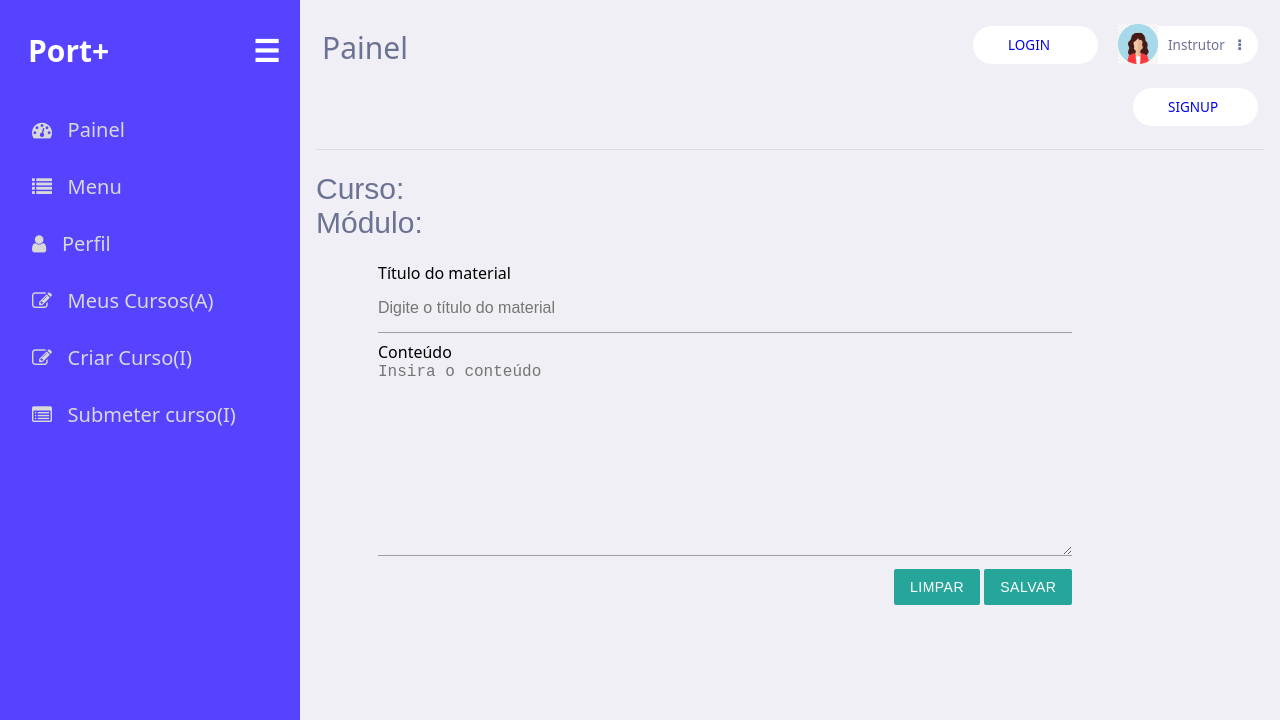
Repository: LauraMViana/Port-plus
Page: http://localhost/portPlus/criarCurso/addConteudo
An editor plug-in stored every save of this project. The page is shown before and after the next save, followed by the edit.
The browser window is 1280 px wide. The pictures show the whole page.
The page is this project's Thymeleaf template; nobody is signed in. The template is opened directly, without the code that normally fills it, so the values that code supplies are empty.

Above is the page before, as saved 2021-12-30 01:45:11.

### port/src/main/resources/templates/portPlus/criarCurso/addConteudo.html
<!DOCTYPE html >
<html xmlns:th="http://www.thymeleaf.org">
<head>
<meta charset="UTF-8">
<!-- Compiled and minified CSS -->
<!--
<link rel="stylesheet"
	href="https://cdnjs.cloudflare.com/ajax/libs/materialize/1.0.0/css/materialize.min.css"> -->
<link href="https://fonts.googleapis.com/icon?family=Material+Icons"
	rel="stylesheet">
<link rel="stylesheet" href="/Style.css">
<link rel="stylesheet"
	href="https://cdnjs.cloudflare.com/ajax/libs/font-awesome/4.7.0/css/font-awesome.min.css">
<title>PortPlus</title>
</head>
<body>
	<div th:insert="~{menu :: navside}"></div>
	<div id="main">
		<div th:insert="~{menu :: navbar}"></div>
		<h6>
			Curso: <span th:text="${curso.titulo}"></span> <br>Módulo: <span
				th:text="${modulo.tituloMod}"></span>
		</h6>
		<br>
		<form
			th:action="@{/portPlus/criarCurso/{idC}/{idMod} (idC=${curso.id},idMod=${modulo.id})}"
			method="post">
			<div class="input-field col s10">
				<label for="tituloM">Título do material</label><input
					placeholder="Digite o título do material" id="tituloM" type="text"
					pattern="[a-zA-Z0-9_?!&%$()- ]+" class="validate"
					th:field="${material.tituloMat}">
				<div>
					<label for="mc">Conteúdo</label>
					<textarea placeholder="Insira o conteúdo" id="mc"
						class="materialize-textarea texto" th:field="${material.conteudo}"></textarea>
				</div>

			</div>
			<div class="col s10" id="btn">
				<button class="btn waves-effect waves-light align-center"
					type="reset" name="action">Limpar</button>
				<button class="btn waves-effect waves-light align-center"
					type="submit" name="action">Salvar</button>
			</div>
		</form>
	</div>
	<script
		src="https://ajax.googleapis.com/ajax/libs/jquery/3.5.1/jquery.min.js"></script>
	<script>
		$(".menu").click(function() {
			$("#mySidenav").css('width', '70px');
			$("#main").css('margin-left', '70px');
			$(".logo").css('display', 'none');
			$(".logo1").css('display', 'block');
			$(".logo span").css('visibility', 'visible');
			$(".logo span").css('margin-left', '-10px');
			$(".icon-a").css('visibility', 'hidden');
			$(".icon-a").css('height', '25px');
			$(".icons").css('visibility', 'visible');
			$(".icons").css('margin-left', '-8px');
			$(".menu1").css('display', 'block');
			$(".menu").css('display', 'none');
		});

		$(".menu1").click(function() {
			$("#mySidenav").css('width', '300px');
			$("#main").css('margin-left', '300px');
			$(".logo").css('visibility', 'visible');
			$(".logo").css('display', 'block');
			$(".icon-a").css('visibility', 'visible');
			$(".icons").css('visibility', 'visible');
			$(".menu").css('display', 'block');
			$(".menu1").css('display', 'none');
		});
	</script>
	<script>
		$(document).ready(function() {
			$(".profile p").click(function() {
				$(".profile-div").toggle();
			});
		});
	</script>
</body>
</body>
</html>

### port/src/main/resources/templates/menu.html
<!DOCTYPE html >
<html xmlns:th="http://www.thymeleaf.org">
<head>
<meta charset="UTF-8">
<link rel="stylesheet" href="/Style.css" type="text/css" />
<link rel="stylesheet"
	href="https://cdnjs.cloudflare.com/ajax/libs/font-awesome/4.7.0/css/font-awesome.min.css">
<title>Port+</title>
</head>
<body>

	<!-- sec:authorize="hasRole('VENDAS')"
	sec:authorize="!isAuthenticated()" -->
	<div th:fragment="navside">
		<!-- <div sec:authorize="isAuthenticated()">
			Authenticated as <span sec:authentication="email"></span>
		</div> -->

		<div id="mySidenav" class="sidenav">
			<p class="logo">
				Port+ <span class="menu">&#9776;</span>
			</p>
			<p class="logo1">
				<span class="menu1">&#9776;</span>
			</p>
			<a href="/" class="icon-a"> <i class="fa fa-dashboard icons"></i>
				&nbsp;&nbsp;Painel
			</a> <a href="/" class="icon-a"><i class="fa fa-list icons"></i>
				&nbsp;&nbsp;Menu</a> <a href="#" class="icon-a"><i
				class="fa fa-user icons"></i> &nbsp;&nbsp;Perfil</a> <a
				href="/portPlus/criarCurso" class="icon-a"><i
				class="fa fa-edit icons"></i> &nbsp;&nbsp;Meus Cursos(A)</a> <a
				href="/portPlus/criarCurso" class="icon-a"><i
				class="fa fa-edit icons"></i> &nbsp;&nbsp;Criar Curso(I)</a><a
				href="/portPlus/meusCursos" class="icon-a"><i
				class="fa fa-list-alt icons"></i> &nbsp;&nbsp;Submeter curso(I)</a>
		</div>
	</div>

	<div id="main">
		<div th:fragment="navbar">
			<div class="head">
				<div class="col-div-6">
					<p class="nav">Painel</p>
				</div>
				<div class="col-div-6">
					<div class="profile">
						<img src="/Imagens/usuario.png" class="pro-img circle" />
						<p>
							Instrutor <i class="fa fa-ellipsis-v dots" aria-hidden="true"></i>
						</p>

						<div class="profile-div">
							<p>
								<a href="#" class="icon-a"><i class="fa fa-user"></i>
									&nbsp;&nbsp;Perfil
							</p><!--  -->
							<p th:if="${param.logout}">
								<i class="fa fa-power-off"></i> &nbsp;&nbsp;Sair
							</p>
						</div>
					</div>
					<div class="login">
						<p sec:authorize="!isAuthenticated()">
							<a href="/portPlus/login">LOGIN</a>
						</p>
						<p sec:authorize="!isAuthenticated()">
							<a href="/portPlus/signup">SIGNUP</a>
						</p>
					</div>
				</div>
				<div class="clearfix"></div>
			</div>
			<div class="clearfix"></div>
			<br />
		</div>
	</div>
	<script
		src="https://ajax.googleapis.com/ajax/libs/jquery/3.5.1/jquery.min.js"></script>
	<script>
		$(".menu").click(function() {
			$("#mySidenav").css('width', '70px');
			$("#main").css('margin-left', '70px');
			$(".logo").css('display', 'none');
			$(".logo1").css('display', 'block');
			$(".logo span").css('visibility', 'visible');
			$(".logo span").css('margin-left', '-10px');
			$(".icon-a").css('visibility', 'hidden');
			$(".icon-a").css('height', '25px');
			$(".icons").css('visibility', 'visible');
			$(".icons").css('margin-left', '-8px');
			$(".menu1").css('display', 'block');
			$(".menu").css('display', 'none');
		});

		$(".menu1").click(function() {
			$("#mySidenav").css('width', '300px');
			$("#main").css('margin-left', '300px');
			$(".logo").css('visibility', 'visible');
			$(".logo").css('display', 'block');
			$(".icon-a").css('visibility', 'visible');
			$(".icons").css('visibility', 'visible');
			$(".menu").css('display', 'block');
			$(".menu1").css('display', 'none');
		});
	</script>
	<script>
		$(document).ready(function() {
			$(".profile p").click(function() {
				$(".profile-div").toggle();

			});

			/* $(".noti-icon").click(function() {
					$(".notification-div").toggle();
				}); */

		});
	</script>
</body>
</html>

### port/src/main/resources/static/Style.css
/* Laura */
body {
	margin: 0px;
	padding: 0px;
	background-color: #efeff5;
	font-family: system-ui;
}

.clearfix {
	clear: both;
}

.logo {
	margin: 0px;
	margin-left: 28px;
	font-weight: bold;
	color: white;
	margin-bottom: 30px;
}

.sidenav {
	height: 100%;
	width: 300px;
	position: fixed;
	z-index: 1;
	top: 0;
	left: 0;
	background-color: #5643ff;
	overflow: hidden;
	padding-top: 30px;
	transition: ease-in-out 0.3s;
}

.menu {
	float: right;
	margin-right: 20px;
	cursor: pointer;
}

.logo1 {
	margin: 0px;
	margin-left: 20px;
	font-weight: bold;
	color: white;
	margin-bottom: 50px;
	display: none;
	cursor: pointer;
}

.menu1 {
	float: left;
	display: none;
}

.sidenav a {
	padding: 15px 8px 15px 32px;
	text-decoration: none;
	font-size: 20px;
	color: #d8d8d8;
	display: block;
}

.sidenav a:hover {
	color: #f1f1f1;
	background-color: #2c1ed6;
}

.sidenav {
	top: 0;
	right: 25px;
	font-size: 30px;
}

#main {
	padding: 16px;
	margin-left: 300px;
}

.head {
	padding: 0px 6px;
	border-bottom: 1px solid #d6d6d8b8;
	padding-bottom: 10px;
}

.col-div-6 {
	width: 50%;
	float: left;
}

.login p {
	color: #6c7293;
	font-weight: 500;
	margin-left: 35px;
	margin-top: 10px;
	font-size: 13.5px;
	background-color: white;
	padding: 10px;
	border-radius: 25px;
	padding-left: 35px;
	width: 80px;
	float: right;
	cursor: pointer;
}

.profile {
	display: inline-block;
	float: right;
	width: 160px;
}

.pro-img {
	float: left;
	width: 40px;
	margin-top: 8px;
	margin-left: 20px;
}

.profile p {
	color: #6c7293;
	font-weight: 500;
	margin-left: 35px;
	margin-top: 10px;
	font-size: 13.5px;
	background-color: white;
	padding: 10px;
	border-radius: 25px;
	padding-left: 35px;
	cursor: pointer;
}

.dots {
	margin-left: 10px;
}

.profile-div {
	background-color: white;
	width: 160px;
	border: 1px solid #ddd;
	padding: 10px 0px;
	right: 2%;
	border-radius: 5px;
	position: absolute;
	z-index: 9;
	display: none;
}

.profile-div:after {
	content: '';
	position: absolute;
	height: 10px;
	width: 10px;
	background-color: white;
	top: -6px;
	border-left: 1px solid #ddd;
	border-top: 1px solid #ddd;
	transform: rotate(45deg);
	right: 10%;
}

.profile-div p {
	margin: 0px;
	padding: 10px 20px;
}

.profile-div p:hover {
	margin: 0px;
	padding: 10px 20px;
	background-color: #5643ff;
	border-radius: 0px;
	color: white;
}

.notification-div {
	background-color: white;
	width: 240px;
	border: 1px solid #ddd;
	padding: 10px 0px;
	right: 16%;
	border-radius: 5px;
	top: 12%;
	position: absolute;
	z-index: 9;
	display: none;
}

.notification-div:after {
	content: '';
	position: absolute;
	height: 10px;
	width: 10px;
	background-color: white;
	top: -6px;
	border-left: 1px solid #ddd;
	border-top: 1px solid #ddd;
	transform: rotate(45deg);
	right: 10%;
}

.noti-head {
	display: block;
	margin: 0px;
	color: #6c7293;
}

.noti-head:hover {
	background-color: white !important;
	color: #6c7293 !important;
}

.noti-head span {
	position: absolute;
	right: 8%;
	top: 10%;
	background-color: #5643ff;
	padding: 1px 5px;
	color: white;
	border-radius: 20px;
}

.hr {
	margin: 0px;
	border: none;
	background-color: #ddd;
	height: 1px;
}

.notification-div p {
	margin: 0px;
	padding: 10px 20px;
	color: #6c7293;
}

.notification-div p span {
	font-size: 11px;
	display: block;
}

.notification-div p:hover {
	margin: 0px;
	padding: 10px 20px;
	background-color: #5643ff;
	border-radius: 0px;
	color: white;
}

.search-icon {
	position: absolute;
	right: 22%;
	top: 25px;
	background-color: white;
	padding: 13px;
	border-radius: 21px;
	color: #6c7293;
	cursor: pointer;
}

.noti-icon {
	position: absolute;
	right: 17%;
	top: 25px;
	background-color: #5643ff;
	padding: 13px;
	border-radius: 21px;
	color: #fff;
	cursor: pointer;
}

.noti-icon:after {
	content: '';
	height: 5px;
	width: 5px;
	border-radius: 5px;
	top: 5px;
	left: 20px;
	position: absolute;
	background-color: red;
}

.col-div-4-1 {
	width: 33.3%;
	float: left;
}

.box {
	width: 88%;
	height: 480px;
	background-color: #ffffff;
	margin-left: 10px;
	padding: 10px;
	box-shadow: 2px 5px 10px #ddd;
	position: relative;
}

.box p {
	color: #6c7293;
	font-weight: 500;
	padding-left: 10px;
}

.number {
	font-size: 35px;
	margin-bottom: 0px;
	margin-top: 20px;
}

.percent {
	margin: 0px;
	font-size: 14px;
	color: #37bf37 !important;
}

.percent span {
	font-size: 12px;
	color: #9398b1;
	padding-left: 3px;
}

.head-1 {
	font-size: 18px !important;
	margin: 10px 0px;
	color: #6c7293;
}

.head-1 span {
	float: right;
	background-color: #5643ff;
	color: white;
	padding: 3px 10px;
	font-size: 15px;
}

.box-icon {
	font-size: 20px !important;
	margin-top: 35px !important;
	color: #5643ff;
	padding-right: 10px;
	background-color: #efeff5;
	padding: 15px;
	border-radius: 25px;
	position: absolute;
	right: 16px;
	top: -18px;
}

.box-1 {
	width: 88%;
	height: 282px;
	background-color: #ffffff;
	margin-left: 10px;
	padding: 10px;
	box-shadow: 2px 5px 10px #ddd;
	position: relative;
}

.m-box {
	color: #6c7293;
	position: relative;
	padding: 0px 12px;
}

.active {
	background-color: #5646ff;
	color: white;
	box-shadow: 4px 3px 7px 3px #3226ad54;
}

.active .no-1 {
	color: #ddd !important;
}

.m-box p {
	display: inline-block;
	margin: 10px 0px;
}

.no {
	position: absolute !important;
	top: 21px;
	right: 15px;
	font-weight: 500;
}

.no-1 {
	font-size: 12px;
	color: #9398b1;
}

.act-p {
	font-size: 13px;
	color: #6c7293;
}

.act-p .fa {
	color: orange !important;
}

.content-box-1 {
	padding: 0px 10px;
}

.col-div-12 {
	width: 100%;
}

.col-div-4 {
	width: 30%;
	float: left;
}

.content-box {
	padding: 20px;
}

.content-box p {
	margin: 0px;
	font-size: 20px;
	color: #6c7293;
}

.content-box p span {
	float: right;
	background-color: #5643ff;
	color: white;
	padding: 3px 10px;
	font-size: 15px;
}

.box-8 {
	width: 97.8%;
	background-color: #fff;
	height: 330px;
}

.nav {
	font-size: 30px;
	cursor: pointer;
	color: #6c7293;
	margin: 11px 0px;
}

.box-8 {
	margin-left: 10px;
}

td, th {
	border: 1px solid #dddddd;
	text-align: left;
	padding: 10px;
}

tr:nth-child(even) {
	background-color: #5643ff29;
	color: #6c7293 !important;
}

.circle-wrap {
	margin: 50px auto;
	width: 150px;
	height: 150px;
	background: #e6e2e7;
	border-radius: 50%;
}

.circle-wrap .circle .mask, .circle-wrap .circle .fill {
	width: 150px;
	height: 150px;
	position: absolute;
	border-radius: 50%;
}

.circle-wrap .circle .mask {
	clip: rect(0px, 150px, 150px, 75px);
}

.circle-wrap .circle .mask .fill {
	clip: rect(0px, 75px, 150px, 0px);
	background-color: #5646ff;
}

.circle-wrap .circle .mask.full, .circle-wrap .circle .fill {
	animation: fill ease-in-out 3s;
	transform: rotate(126deg);
}

@
keyframes fill { 0% {
	transform: rotate(0deg);
}

100










%
{
transform










:










rotate








(










126deg










)








;
}
}
.circle-wrap .inside-circle {
	width: 130px;
	height: 130px;
	border-radius: 50%;
	background: #fff;
	line-height: 130px;
	text-align: center;
	margin-top: 10px;
	margin-left: 10px;
	position: absolute;
	z-index: 100;
	font-weight: 700;
	font-size: 2em;
	color: #6c7293;
}

/* Thais */
h1 {
	font-weight: 400;
	font-family: Century Gothic, Arial, Helvetica, sans-serif;
	color: #6c7293;
	font-size: calc(1.044375rem + 1.7325vw);
}

h4, h6 {
	font-weight: 100;
	font-family: Century Gothic, Arial, Helvetica, sans-serif;
	color: #6c7293;
	font-size: 30px;
	margin: 0px;
}

a {
	text-decoration: none;
}

#btn {
	text-align: right;
}

/*Apresente material  */
.mod-title {
	font-size: 30px;
	color: #d8d8d8;
}

/* Index  */
.box-mod {
	width: 88%;
	height: 30px;
	background-color: #dfdfdf;
	margin-left: 10px;
	padding: 10px;
	position: relative;
	margin-left: 10px;
	padding: 10px;
	border-top: 1px solid #d7dfe3;
	margin-left: 10px;
	margin-bottom: 15px;
}

.box-mod p {
	color: #6c7293;
	font-weight: 500;
	margin: 0px;
	padding: 10px;
	width: 105px;
	margin-left: 90px;
}
/* blocos de curso ou modulos  */
.col-div-4-2 {
	width: 25%;
	float: left;
}

.card.small .card-image+.card-content, .card.medium .card-image+.card-content,
	.card.large .card-image+.card-content {
	max-height: 40%;
}

.card.small .card-content, .card.medium .card-content, .card.large .card-content
	{
	max-height: 100%;
	overflow: hidden;
}

.card .card-content {
	padding: 24px;
	border-radius: 0 0 2px 2px;
}

.card .card-image img {
	display: block;
	border-radius: 2px 2px 0 0;
	position: relative;
	left: 0;
	right: 0;
	top: 0;
	bottom: 0;
	width: 100%;
}

img {
	border-style: none;
}

.card.small .card-image, .card.medium .card-image, .card.large .card-image
	{
	max-height: 60%;
	overflow: hidden;
}

.card .card-image {
	position: relative;
}

.card.small {
	height: 300px;
}

.card.small, .card.medium, .card.large {
	position: relative;
}

.card {
	margin-left: 10px;
	box-shadow: 2px 5px 10px #ddd;
	position: relative;
	height: 250px;
	background-color: #fff;
	-webkit-transition: -webkit-box-shadow .25s;
	transition: -webkit-box-shadow .25s;
	transition: box-shadow .25s;
	transition: box-shadow .25s, -webkit-box-shadow .25s;
	border-radius: 2px;
}

.card {
	position: relative;
	margin: 0.5rem 0 1rem 0;
	background-color: #fff;
	-webkit-transition: -webkit-box-shadow .25s;
	transition: -webkit-box-shadow .25s;
	transition: box-shadow .25s;
	transition: box-shadow .25s, -webkit-box-shadow .25s;
	border-radius: 2px;
}

.image {
	display: block;
	position: relative;
	left: 0;
	right: 0;
	top: 0;
	bottom: 0;
	width: 100%;
	max-height: 70%;
	overflow: hidden;
	max-height: 70%;
	right: 0;
	top: 0;
	bottom: 0;
}

.card {
	margin-left: 10px;
	box-shadow: 2px 5px 10px #ddd;
	position: relative;
	height: 250px;
	background-color: #fff;
	-webkit-transition: -webkit-box-shadow .25s;
	transition: -webkit-box-shadow .25s;
	transition: box-shadow .25s;
	transition: box-shadow .25s, -webkit-box-shadow .25s;
	border-radius: 2px;
}

.card-title-mod {
	display: block;
	line-height: 32px;
	margin-bottom: 8px;
	font-size: 24px;
	font-weight: 300;
}
/* descriçao do curso  */
.mod-d {
	font-size: 18px !important;
	margin: 10px 0px;
	color: #6c7293;
	text-align: justify;
}

/* Pag apresentação Material */
aside {
	width: 260px;
	float: right;
	margin-right: 20px;
	border: 1px solid black;
}

.conteudo {
	padding-left: 15px;
	width: 700px;
	float: left;
	height: 415px;
	text-align: justify;
}

.card.lista {
	background-color: #5643ff;
	width: 259.5px;
	height: 50px;
	text-align: center;
	padding: 5px 0px 5px 0px;
	margin: 0px;
}

.lista li {
	padding: 15px 8px 15px 32px;
	text-decoration: none;
	font-size: 20px;
	color: #d8d8d8;
	display: block;
	text-align: justify;
}

.lista li:hover {
	color: #f1f1f1;
	background-color: #5643ff;
}

.lista a:hover {
	color: #f1f1f1;
	background-color: #5643ff;
}

ul {
	padding: 0px;
	margin: 0px;
	list-style-type: none;
}

textarea.materialize-textarea.texto {
	height: 12rem;
}

input:not([type]), input[type="text"]:not(.browser-default), input[type="url"]:not(.browser-default),
	input[type="number"]:not(.browser-default), textarea.materialize-textarea
	{
	background-color: transparent;
	border-top-width: initial;
	border-right-width: initial;
	border-left-width: initial;
	border-top-color: initial;
	border-right-color: initial;
	border-left-color: initial;
	height: 3rem;
	width: 100%;
	font-size: 16px;
	box-shadow: none;
	box-sizing: content-box;
	border-style: none none solid;
	border-image: initial;
	border-bottom: 1px solid rgb(158, 158, 158);
	border-radius: 0px;
	outline: none;
	margin: 0px 0px 8px;
	padding: 0px;
	transition: box-shadow 0.3s ease 0s, border 0.3s ease 0s,
		-webkit-box-shadow 0.3s ease 0s;
}

form {
	padding-left: 50px;
}

.dados-do-curso, .listarCriarMod {
	padding-left: 50px;
}

.s2 {
	width: 20%;
	display: inline;
}

.col.s3 {
	width: 25%;
	margin-left: auto;
	left: auto;
	right: auto;
}

.col.s4 {
	width: 33.3333333333%;
	margin-left: auto;
	left: auto;
	right: auto;
}

.col.s5 {
	width: 41.6666666667%;
	margin-left: auto;
	left: auto;
	right: auto;
}

.col.s6 {
	width: 50%;
	margin-left: auto;
	left: auto;
	right: auto;
}

.col.s9 {
	width: 75%;
	margin-left: auto;
	left: auto;
	right: auto;
}

.col.s12 {
	width: 100%;
	margin-left: auto;
	left: auto;
	right: auto;
}

.col.s12.cont {
	padding-bottom: 20px;
}

.col {
	float: left;
	-webkit-box-sizing: border-box;
	box-sizing: border-box;
	padding: 0 0.75rem;
	min-height: 1px;
}

.s10 {
	width: 80%;
	margin-left: auto;
	left: auto;
	right: auto;
}

.btn {
	text-decoration: none;
	color: #fff;
	background-color: #26a69a;
	text-align: center;
	letter-spacing: .5px;
	-webkit-transition: background-color .2s ease-out;
	transition: background-color .2s ease-out;
	cursor: pointer;
	border: none;
	border-radius: 2px;
	display: inline-block;
	height: 36px;
	line-height: 36px;
	padding: 0 16px;
	text-transform: uppercase;
	font-size: 14px;
	outline: 0;
	font-size: 14px;
}

.waves-effect {
	position: relative;
	cursor: pointer;
	display: inline-block;
	overflow: hidden;
	-webkit-user-select: none;
	-moz-user-select: none;
	-ms-user-select: none;
	user-select: none;
	-webkit-tap-highlight-color: transparent;
	vertical-align: middle;
	z-index: 1;
	-webkit-transition: .3s ease-out;
	transition: .3s ease-out;
}

.modal.modal-fixed-footer {
	padding: 0;
	height: 70%;
}

.modal {
	display: none;
	position: fixed;
	left: 0;
	right: 0;
	background-color: #fafafa;
	padding: 0;
	max-height: 70%;
	width: 55%;
	margin: auto;
	overflow-y: auto;
	border-radius: 2px;
	will-change: top, opacity;
}

.modal.modal-fixed-footer {
	padding: 0;
	height: 70%;
}

.modal {
	display: none;
	position: fixed;
	left: 0;
	right: 0;
	background-color: #fafafa;
	padding: 0;
	max-height: 70%;
	width: 55%;
	margin: auto;
	overflow-y: auto;
	border-radius: 2px;
	will-change: top, opacity;
}

.z-depth-5, .modal {
	-webkit-box-shadow: 0 24px 38px 3px rgb(0 0 0/ 14%), 0 9px 46px 8px
		rgb(0 0 0/ 12%), 0 11px 15px -7px rgb(0 0 0/ 20%);
	box-shadow: 0 24px 38px 3px rgb(0 0 0/ 14%), 0 9px 46px 8px
		rgb(0 0 0/ 12%), 0 11px 15px -7px rgb(0 0 0/ 20%);
}

.collapsible {
	border-top: 1px solid #ddd;
	border-right: 1px solid #ddd;
	border-left: 1px solid #ddd;
	margin: 0.5rem 0 1rem 0;
}

.collapsible-header {
	display: -webkit-box;
	display: -webkit-flex;
	display: -ms-flexbox;
	display: flex;
	-webkit-tap-highlight-color: transparent;
	line-height: 1.5;
	padding: 1rem;
	background-color: #fff;
	border-bottom: 1px solid #ddd;
	display: -webkit-box;
	display: -webkit-flex;
	display: -ms-flexbox;
	display: flex;
	cursor: pointer;
	-webkit-tap-highlight-color: transparent;
	line-height: 1.5;
	padding: 1rem;
	background-color: #fff;
	border-bottom: 1px solid #ddd;
}

.optCont {
	display: inline-block;
	float: right;
	width: 160px;
}

.optCont a {
	cursor: pointer;
}

.opt {
	background-color: white;
	width: 100px;
	border: 1px solid #ddd;
	padding: 10px 0px;
	right: 10%;
	border-radius: 5px;
	position: absolute;
	z-index: 9;
	display: none;
}

.opt p {
	margin: 0px;
	padding: 10px 20px;
}

.opt p:hover {
	margin: 0px;
	padding: 10px 20px;
	background-color: #5643ff;
	border-radius: 0px;
	color: white;
}

.modal.modal-fixed-footer {
	height: 40%;
	width: 40%;
}

.modal .modal-content {
	padding: 65px 24px 24px 75px;
}

After the next save:
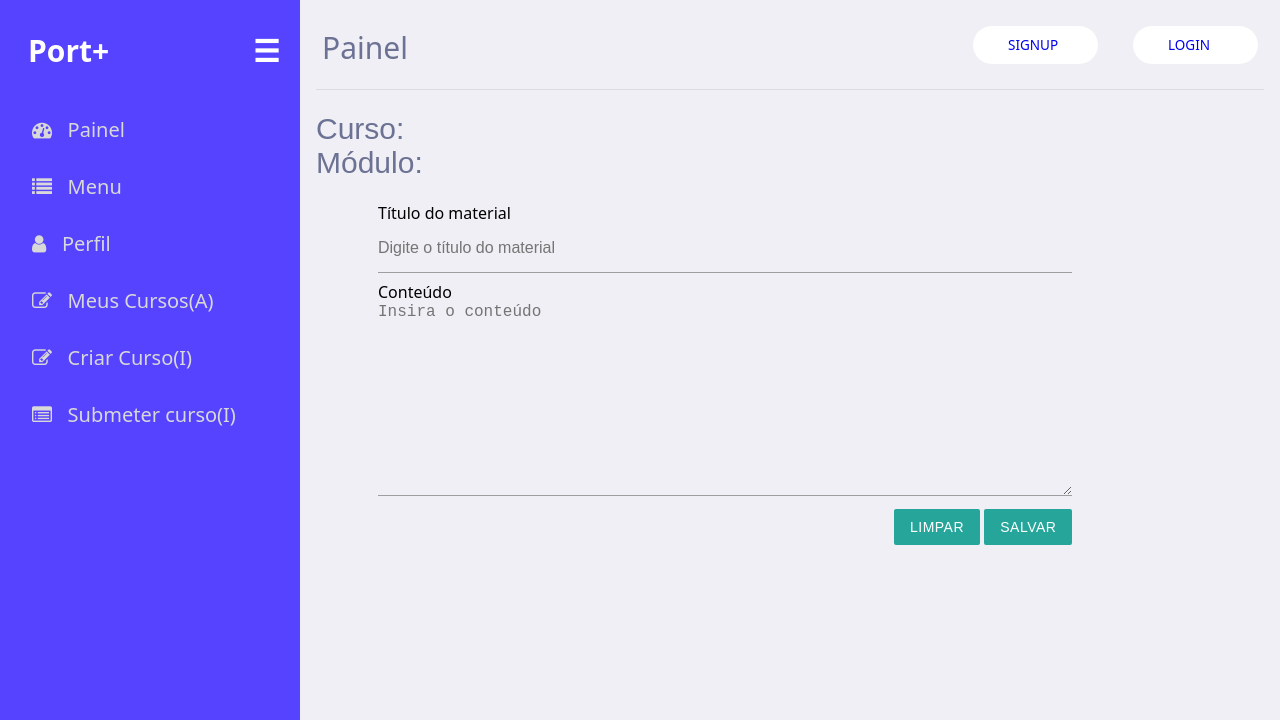
Saved 12 h 52 min later.
--- a/port/src/main/resources/templates/menu.html
+++ b/port/src/main/resources/templates/menu.html
@@ -44,7 +44,7 @@
 					<p class="nav">Painel</p>
 				</div>
 				<div class="col-div-6">
-					<div class="profile">
+					<div sec:authorize="isAuthenticated()"class="profile">
 						<img src="/Imagens/usuario.png" class="pro-img circle" />
 						<p>
 							Instrutor <i class="fa fa-ellipsis-v dots" aria-hidden="true"></i>
